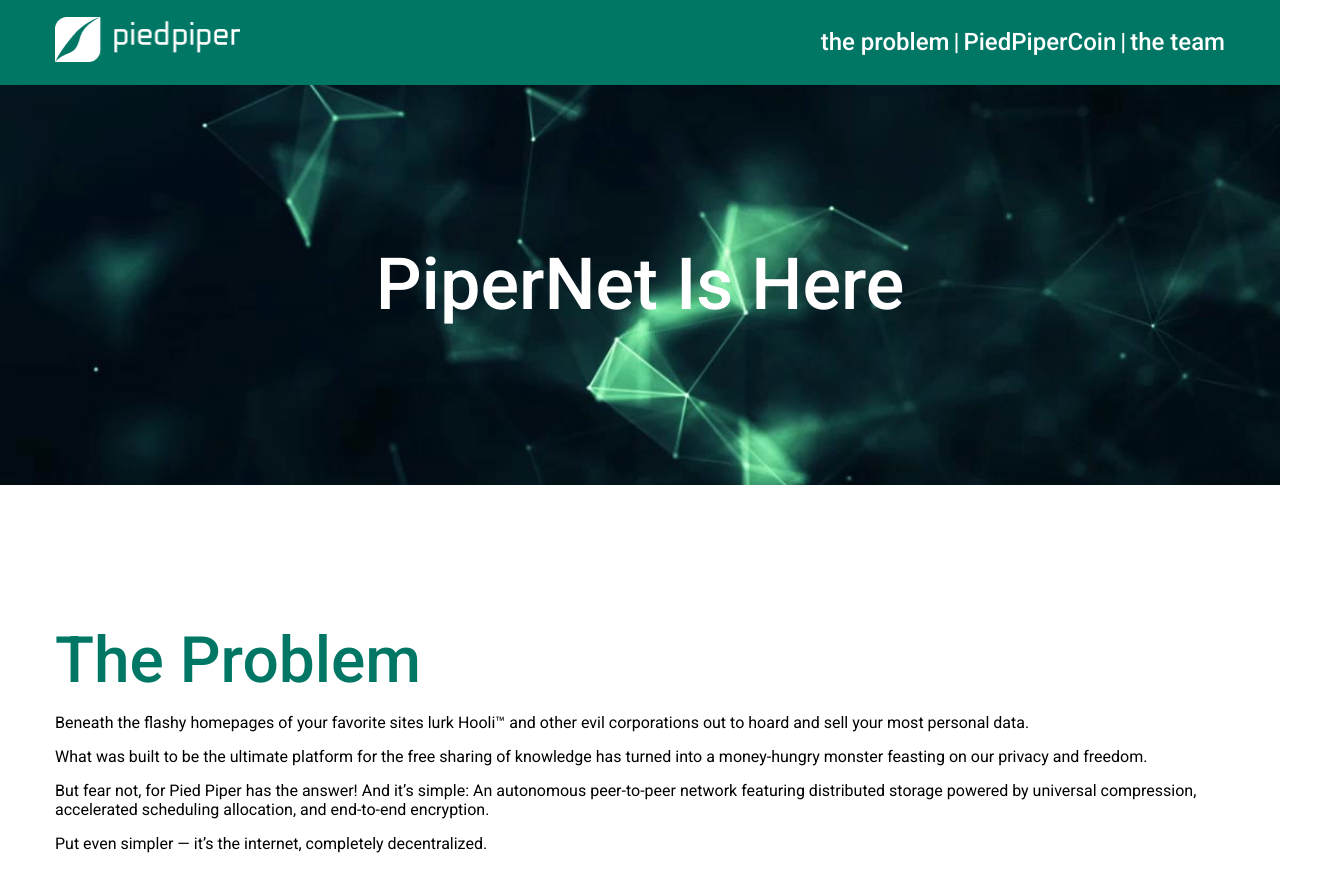
Repository: Valera1994/WebTestProject
Page: New3/index.html
The author's editor kept a copy of each file at every save. The page is drawn from the files as they stood at one save, then again after the next save.
The browser window is 1280 px wide. The page is 1330 px wide, so the pictures cover 1330 px, including what lies to the right of the window. The pictures show the whole page.

Above is the page before, as saved 2025-07-27 00:18:47.

### New3/index.html
<!DOCTYPE html>
<html lang="en">
<head>
    <meta charset="UTF-8">
    <meta name="viewport" content="width=device-width, initial-scale=1.0">
    <title>Pied Piper</title>
    <link rel="stylesheet" href="style.css">
    <link rel="preconnect" href="https://fonts.googleapis.com">
<link rel="preconnect" href="https://fonts.gstatic.com" crossorigin>
<link href="https://fonts.googleapis.com/css2?family=Roboto:ital,wght@0,100..900;1,100..900&display=swap" rel="stylesheet">
</head>
<body>
    <header>
        <div class="menu">
            <a href="index.html">
                <img class="logo" src="img/logo.png">
            </a>
            <nav>
                <ul class="menu_ul">
                    <li class="menu_li"><a href="#">the problem</a></li>
                    <li class="menu_li">|</li>
                    <li class="menu_li"><a href="#">PiedPiperCoin</a></li>
                    <li class="menu_li">|</li>
                    <li class="menu_li"><a href="#">the team</a></li>
                </ul>
            </nav>
        </div>
    </header>
    <div class="hello">PiperNet Is Here</div>
    <div class="container">
        <h1 class="head1">The Problem</h1>
        <p class="text">Beneath the flashy homepages of your favorite sites lurk Hooli™
        and other evil corporations out to hoard and sell your most personal data.</p>
        <p class="text">What was built to be the ultimate platform for the free sharing of knowledge has turned
        into a money-hungry monster feasting on our privacy and freedom.</p>
        <p class="text"></p>But fear not, for Pied Piper has the answer! And it’s simple:
        An autonomous peer-to-peer network featuring distributed storage powered by universal
        compression, accelerated scheduling allocation, and end-to-end encryption.</p>
        <p class="text"></p>Put even simpler — it’s the internet, completely decentralized.</p>
    </div>
</body>
</html>

### New3/style.css
@import url("normalize.css");

body {
    margin: 0px auto; /*Расстояние от края элемента до края окна браузера*/
    font-family: Roboto, sans-serif; /*Устанавливает семейство шрифта*/
}

h1,
h2,
h3,
h4,
h5,
h6 {
    margin: 0; /*Расстояние от края элемента до края другог элемента*/
}

header{
    background: rgba(0, 119, 101, 1);
    width: 100%;
    height: 85px;
    box-sizing: border-box;
    text-decoration: none;
    display: flex;
    justify-content: space-around;

}

.logo{
    width: 185px;
    height: 45px;
    background: rgba(0, 119, 101, 1);
}

.menu{
    width: 100%;
    max-width: 1220px; /* Ограничиваем максимальную ширину */
    display: flex;
    justify-content: space-between; /* Лого слева, меню справа */
    align-items: center;
    padding: 0 55px;
}

a{
    text-decoration: none;
    font-size: 24px;
    font-weight: 500;
    color: white;
    font-family: 'Roboto';
}

.menu_li{
    list-style-type: none; /*убирает точки у списка*/
    display: inline; /*в одну линию*/
    text-decoration: none;
    font-size: 24px;
    font-weight: 500;
    color: white;
}

.container{
    width: 1220px;
    padding: 0 55px;
    margin: 0 auto;
}

.hello{
    background-image: url("img/Jumbotron.png");
    font-size: 72px;
    font-weight: 500;
    color: white;
    width: 100%;
    height: 400px;
    background-size: cover;
    background-position: center;
    display: flex;
    align-items: center;
    justify-content: center;

}

.head1{
    font-size: 64px;
    font-weight: 500;
    color: rgba(0, 119, 101, 1);
    padding-top: 139px;
}

Loaded but not shown: New3/normalize.css (library)

After the next save:
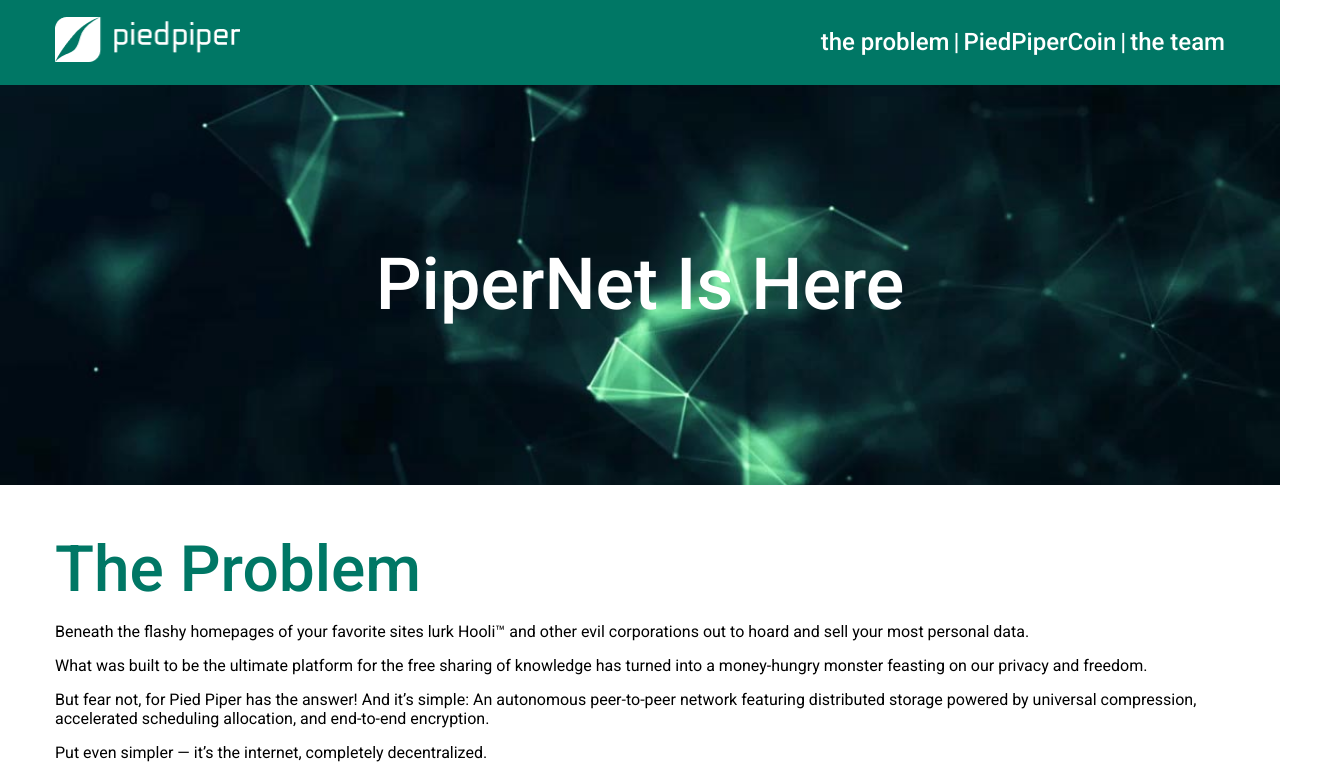
Saved 49 s later.
--- a/New3/style.css
+++ b/New3/style.css
@@ -82,5 +82,5 @@
     font-size: 64px;
     font-weight: 500;
     color: rgba(0, 119, 101, 1);
-    padding-top: 139px;
+    padding-top: 48px;
 }
